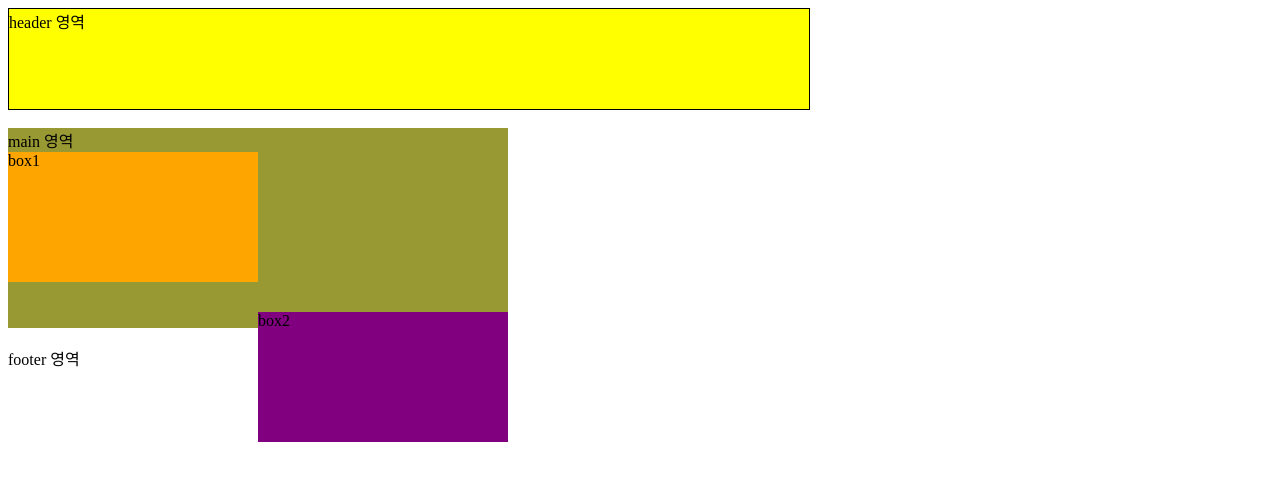
Repository: Seokho96/CSSPractice
Page: css/work01/WebContent/index02.html
An editor plug-in stored every save of this project. The page is shown before and after the next save, followed by the edit.
The browser window is 1280 px wide. The pictures show the whole page.

Above is the page before, as saved 2020-07-13 06:37:22.

### css/work01/WebContent/index02.html
<!DOCTYPE html>
<html>
<head>
<meta charset="UTF-8">
<title>Insert title here</title>

<style type="text/css">
#header{
   width: 800px;
   height: 100px;
   border: 1px solid black;
   background-color: yellow;
}
#main{
   width: 500px;
   height: 200px;
   background-color: #999933;
}
 #box1{
   width: 250px;
   height:130px;
   background-color: orange;
   /* margin-top: 45px; */
   /* float: left; */
}
#box2{
   width: 250px;
   height:130px;
   background-color: purple;
   margin-top: 30px;
   float: right;

}  */
</style>
</head>
<body>

<div id="header" >header 영역</div><br>


<div id="main">main 영역
<div id="box1">box1</div>
<div id="box2">box2</div>
</div> <br>

<div id="footer">footer 영역</div>
</body>
</html>

After the next save:
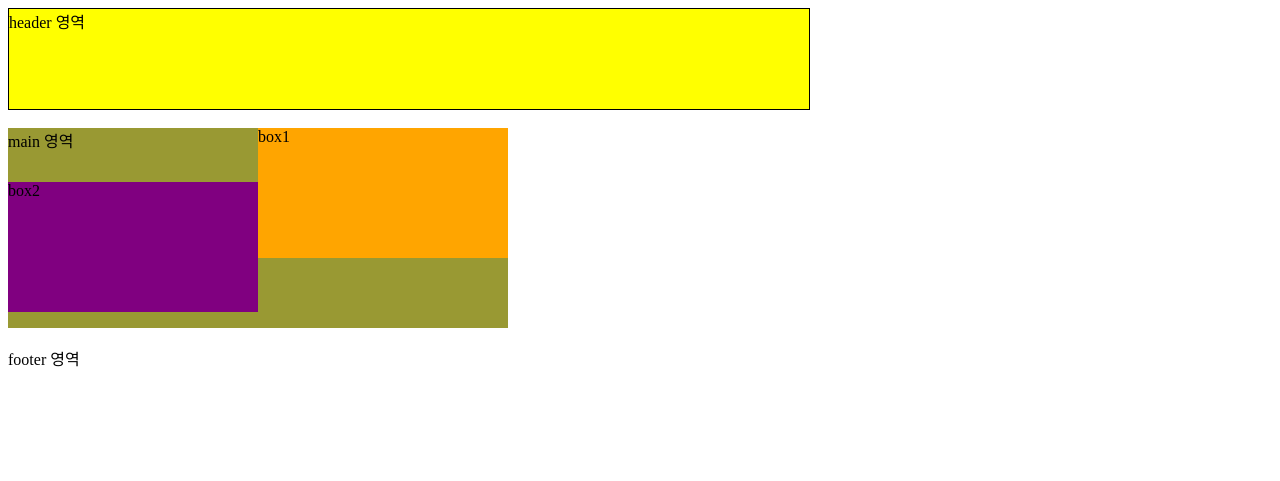
Saved 62 s later.
--- a/css/work01/WebContent/index02.html
+++ b/css/work01/WebContent/index02.html
@@ -21,7 +21,7 @@
    height:130px;
    background-color: orange;
    /* margin-top: 45px; */
-   /* float: left; */
+    float: right;
 }
 #box2{
    width: 250px;
